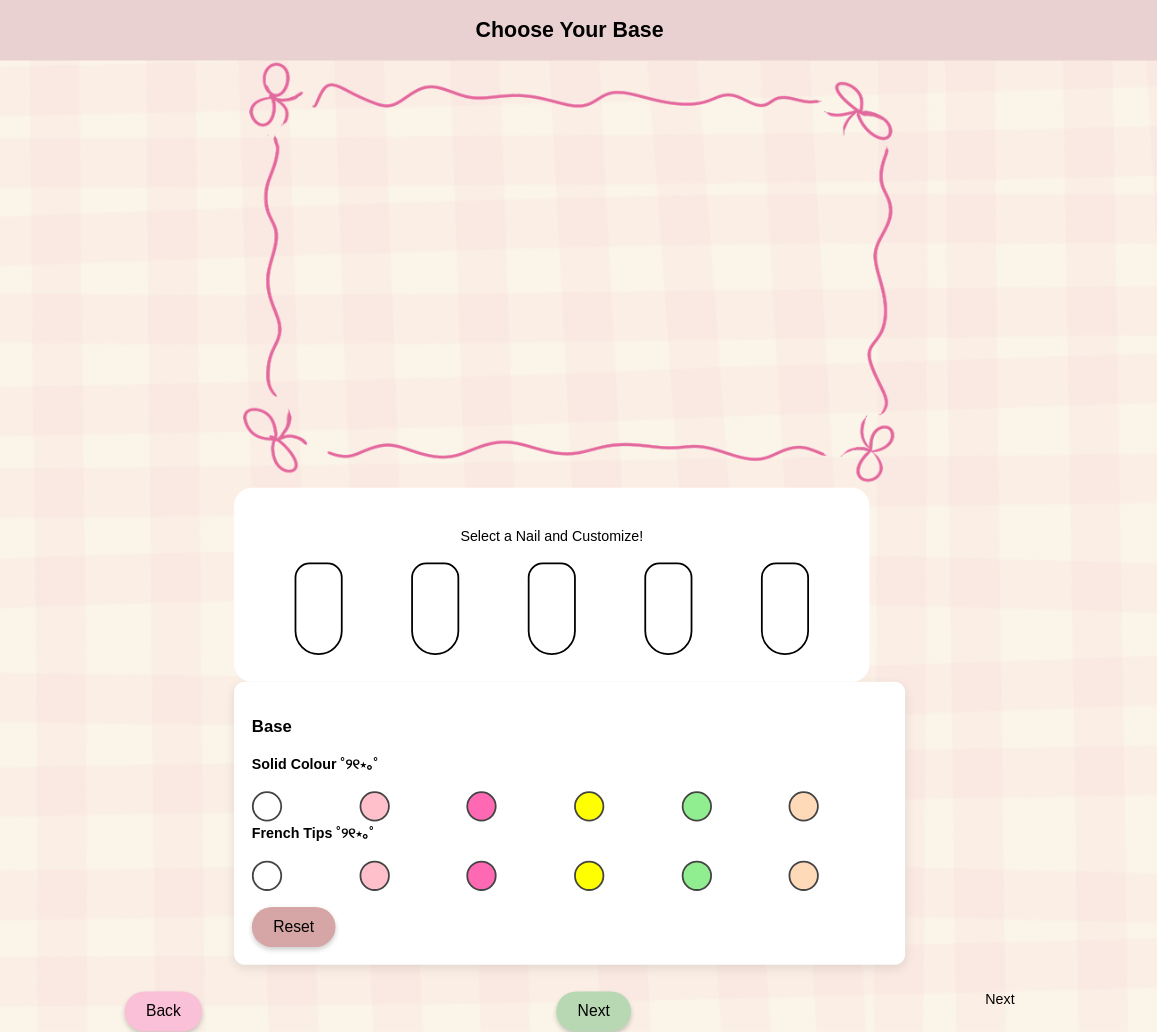
Repository: amolwalia/Fluidity-Lab
Page: basepaint.html
An editor plug-in stored every save of this project. The page is shown before and after a run of saves, followed by the edit.
The browser window is 1280 px wide. The page is 1300 px wide, so the pictures cover 1300 px, including what lies to the right of the window. The pictures show the whole page, at 89% of full size.

Above is the page before, as saved 2025-05-11 19:49:39.

### basepaint.html
<!DOCTYPE html>
<html lang="en">
  <head>
    <meta charset="UTF-8" />
    <meta name="viewport" content="width=device-width, initial-scale=1.0" />
    <title>Choose Your Base</title>
    <link rel="stylesheet" href="./styles/basepaints.css" />
  </head>
  <body>
    <header>Choose Your Base</header>

    <div class="nail-box-container">
      <img src="./media/border.png" alt="Pink Border" class="border_image" />
      <div class="nail-area">
        <p style="text-align: center">Select a Nail and Customize!</p>
        <div class="nails">
          <div class="nail" onclick="selectNail(this)"></div>
          <div class="nail" onclick="selectNail(this)"></div>
          <div class="nail" onclick="selectNail(this)"></div>
          <div class="nail" onclick="selectNail(this)"></div>
          <div class="nail" onclick="selectNail(this)"></div>
        </div>
      </div>

      <div class="palette">
        <h3>Base</h3>
        <strong>Solid Colour ˚୨୧⋆｡˚</strong>
        <div class="colors">
          <div
            class="color"
            style="background: white"
            onclick="setColor('white')"
          ></div>
          <div
            class="color"
            style="background: pink"
            onclick="setColor('pink')"
          ></div>
          <div
            class="color"
            style="background: hotpink"
            onclick="setColor('hotpink')"
          ></div>
          <div
            class="color"
            style="background: yellow"
            onclick="setColor('yellow')"
          ></div>
          <div
            class="color"
            style="background: lightgreen"
            onclick="setColor('lightgreen')"
          ></div>
          <div
            class="color"
            style="background: peachpuff"
            onclick="setColor('peachpuff')"
          ></div>
        </div>
        <strong>French Tips ˚୨୧⋆｡˚</strong>
        <div class="colors">
          <div
            class="color"
            style="background: white"
            onclick="setColor('white')"
          ></div>
          <div
            class="color"
            style="background: pink"
            onclick="setColor('pink')"
          ></div>
          <div
            class="color"
            style="background: hotpink"
            onclick="setColor('hotpink')"
          ></div>
          <div
            class="color"
            style="background: yellow"
            onclick="setColor('yellow')"
          ></div>
          <div
            class="color"
            style="background: lightgreen"
            onclick="setColor('lightgreen')"
          ></div>
          <div
            class="color"
            style="background: peachpuff"
            onclick="setColor('peachpuff')"
          ></div>
        </div>
        <br />
        <button class="btn btn-brown" onclick="resetColors()">Reset</button>
      </div>
    </div>

    <div class="btn-row">
      <button class="btn btn-pink" onclick="location.href='index.html'">
        Back
      </button>
      <button class="btn btn-green" onclick="saveNailColorsAndGoNext()">Next</button>
        Next
      </button>
    </div>
  </body>
</html>

### styles/basepaints.css
body {
  margin: 0;
  font-family: "Quicksand", sans-serif;
  background: url("../media/pink_plaid.png");
  background-size: cover;
  background-blend-mode: multiply;
  background-color: #fbf5e9;
  display: flex;
  flex-direction: column;
  align-items: center;
}
header {
  width: 100%;
  padding: 20px;
  background-color: #e9d1d1;
  text-align: center;
  font-weight: bold;
  font-size: 1.5rem;
}
.container {
  display: flex;
  justify-content: space-between;
  padding: 40px;
  width: 100%;
  max-width: 1000px;
}

.nail-box-container {
  position: relative;
  display: inline-block;
  width: fit-content; /* lets it shrink-wrap */
}

.border-image {
  position: absolute;
  top: 0;
  left: 0;
  width: 100%;
  height: 100%;
  pointer-events: none;
  z-index: -1;
}

.nail-area {
  position: relative;
  z-index: 2;
  background: white;
  border-radius: 20px;
  padding: 30px;
}

/* .nail-area, */
.palette {
  background: #fff;
  border-radius: 12px;
  padding: 20px;
  box-shadow: 0 4px 12px rgba(0, 0, 0, 0.1);
}
.nail-area {
  flex: 1;
  margin-right: 40px;
}
.palette {
  flex: 1;
}
.nails {
  display: flex;
  justify-content: space-around;
  margin-top: 20px;
}
.nail {
  width: 50px;
  height: 100px;
  border: 2px solid #000;
  border-radius: 25px 25px 40px 40px;
  background: #fff;
  position: relative;
  overflow: hidden;
}
.french-tip-overlay {
  position: absolute;
  top: 0;
  left: 0;
  width: 100%;
  height: 100%;
  pointer-events: none;
  z-index: 50;
  background: none;
}
.french-tip-overlay::before {
  content: "";
  position: absolute;
  top: 0;
  left: 0;
  width: 100%;
  height: 100%;
  background: url("data:[embedded picture, 672 characters]")
    top center / 100% auto no-repeat;
  opacity: 1;
  z-index: 50;
}
.colors {
  display: grid;
  grid-template-columns: repeat(6, 1fr);
  gap: 10px;
  margin-top: 20px;
}
.color {
  width: 30px;
  height: 30px;
  border-radius: 50%;
  cursor: pointer;
  border: 2px solid #444;
}
.btn-row {
  display: flex;
  justify-content: space-between;
  width: 100%;
  max-width: 1000px;
  margin-top: 30px;
}
.btn {
  padding: 12px 24px;
  font-size: 1.1rem;
  background-color: #b7d8b2;
  border: none;
  border-radius: 25px;
  cursor: pointer;
  box-shadow: 0 3px 6px rgba(0, 0, 0, 0.2);
  transition: transform 0.3s ease, box-shadow 0.3s ease;
}
.btn:hover {
  transform: scale(1.05);
  box-shadow: 0 6px 12px rgba(183, 216, 178, 0.6);
}
.btn-pink {
  background-color: #f9c0d7;
}
.btn-green {
  background-color: #b7d8b2;
}
.btn-brown {
  background-color: #d6a5a5;
}

After the next 2 saves:
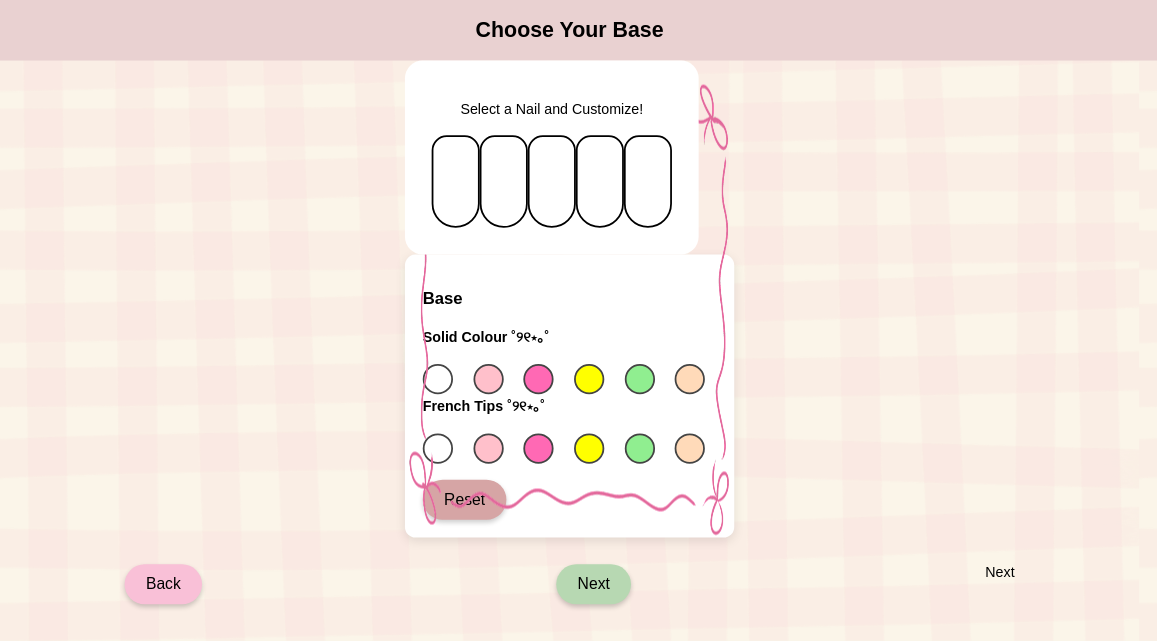
The 2 saves are shown as one change because they came seconds apart.
The last was saved 7 s later.
--- a/styles/basepaints.css
+++ b/styles/basepaints.css
@@ -31,14 +31,15 @@ header {
   width: fit-content; /* lets it shrink-wrap */
 }
 
-.border-image {
+.border_image {
   position: absolute;
   top: 0;
   left: 0;
   width: 100%;
   height: 100%;
   pointer-events: none;
-  z-index: -1;
+  z-index: 1;
+  object-fit: fill; /* try cover/contain if needed */
 }
 
 .nail-area {
